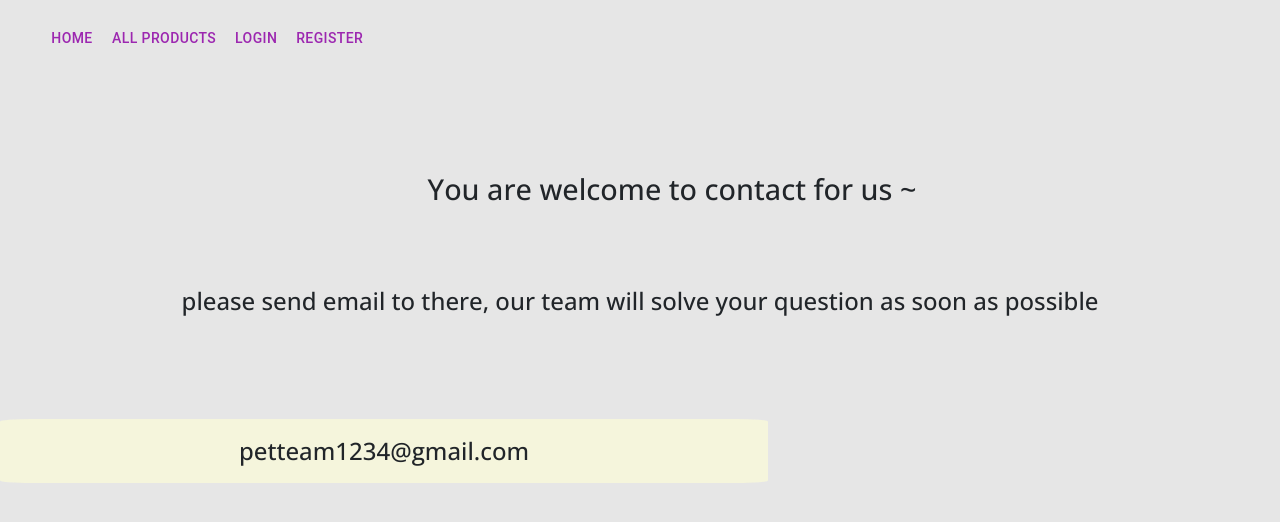
Repository: dzwfighting/pet
Page: /contact
These files come from the project's save history. The page is drawn as it stood at one moment and after a run of saves; the edit follows.
The browser window is 1280 px wide. The pictures show the whole page.
The project was rebuilt for these pictures with package versions that can differ from the ones it lists, and the page was loaded fresh each time. Also part of the build but not shown: src/components/homeComponent.js, src/components/Layout.js, src/components/checkoutComponent.js, src/fake-data/products.js, src/styles/css/cart.css, src/components/ShopCartComponent.js, src/components/productsDetail.js, src/manipulate/checkValid.js and 10 more.

Above is the page before, as saved 2023-08-20 10:17:00.

After the next 2 saves:
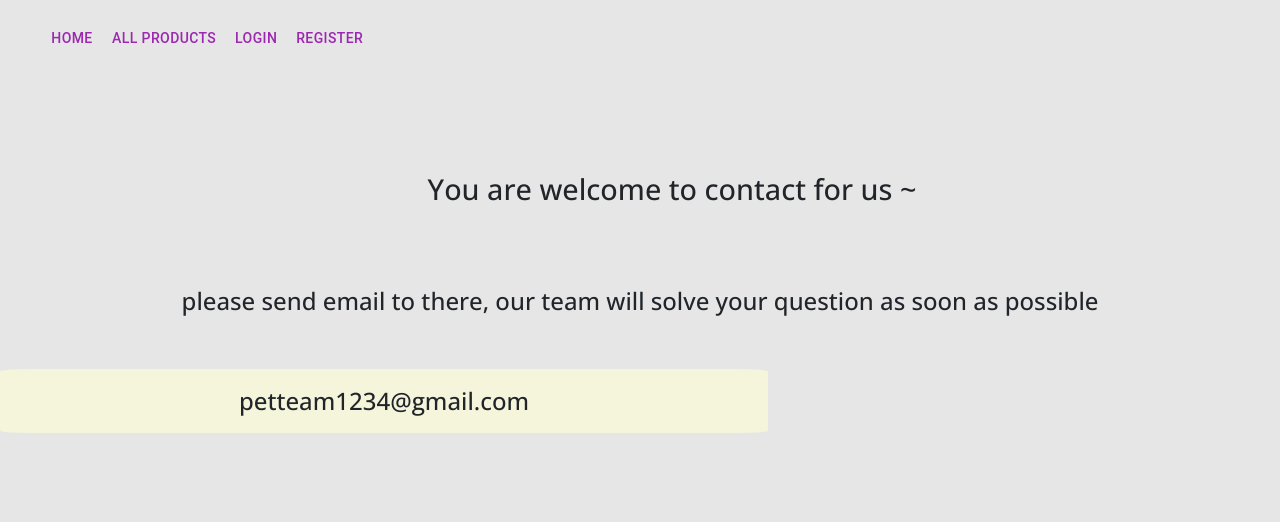
The 2 saves are shown as one change because they came seconds apart.
The last was saved 13 s later.
--- a/src/styles/css/contact.css
+++ b/src/styles/css/contact.css
@@ -26,7 +26,7 @@
   background-color: beige;
   border-radius: 4%;
   font-size: 1.5rem;
-  margin-top: 100px;
+  margin-top: 50px;
 }
 
 @media screen and (min-width: 769px) and (max-width: 1024px) {
